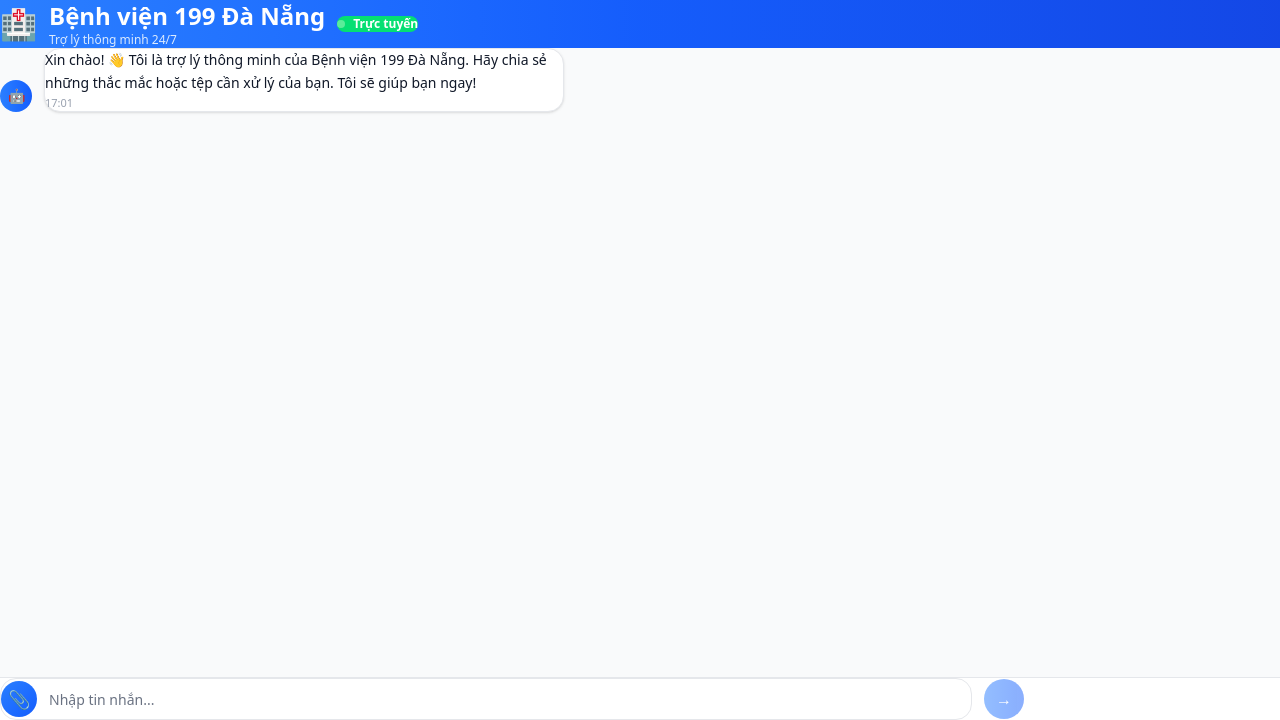
Repository: France2003/B-nh_Vi-n_199
Page: /
These files come from the project's save history. The page is drawn as it stood at one moment and after the next save; the edit follows.
The browser window is 1280 px wide. The pictures show the whole page.
The project was rebuilt for these pictures with package versions that can differ from the ones it lists, and the page was loaded fresh each time. Also part of the build but not shown: vite.config.ts, src/App.css, src/components/FilePreview.tsx.

Above is the page before, as saved 2026-01-10 11:30:58.

After the next save:
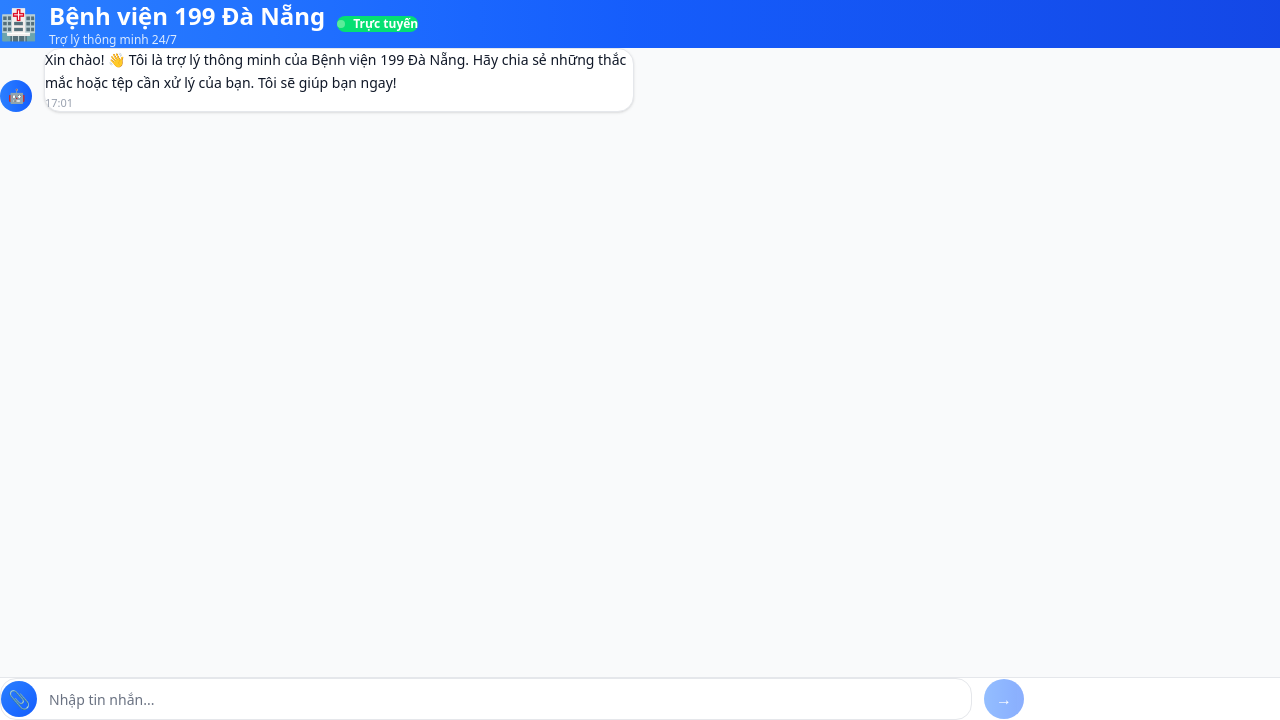
Saved 5 min 44 s later.
--- a/src/components/ChatMessage.tsx
+++ b/src/components/ChatMessage.tsx
@@ -14,14 +14,13 @@
           <div className="flex-shrink-0 w-8 h-8 rounded-full bg-gradient-to-r from-blue-500 to-blue-600 flex items-center justify-center text-white text-sm">🤖</div>
         )}
 
-        <div className={`rounded-2xl p-3 break-words shadow-sm ${
+        <div className={`max-w-[85%] sm:max-w-[70%] lg:max-w-[60%] rounded-2xl p-3 break-words shadow-sm ${
           isUser
             ? 'bg-gradient-to-br from-blue-500 to-blue-600 text-white rounded-br-2xl rounded-bl-2xl rounded-tl-2xl'
             : 'bg-white text-gray-900 rounded-bl-2xl rounded-br-2xl border border-gray-200'
-        }`} style={{maxWidth: '520px'}}>
+        }`}>
           <div className="flex flex-col gap-2">
             <div className="text-sm leading-relaxed whitespace-pre-wrap">{message.content}</div>
-
             {message.files && message.files.length > 0 && (
               <div className="mt-2 grid grid-cols-1 sm:grid-cols-2 gap-2">
                 {message.files.map((file) => (
